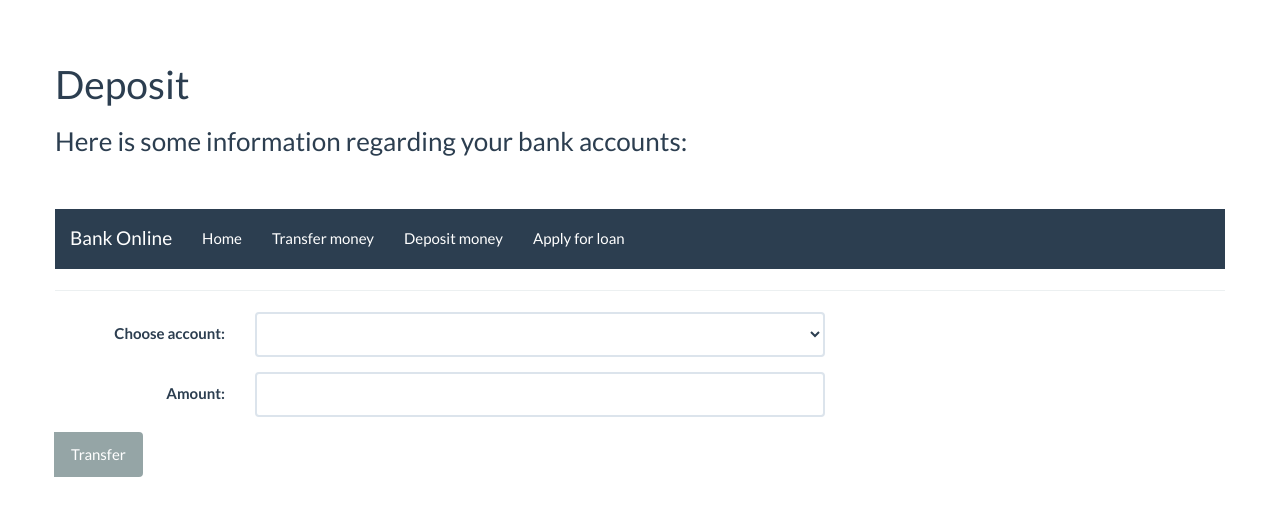
Repository: klitusas/SpringMVCBanking
Page: http://localhost/loans
An editor plug-in stored every save of this project. The page is shown before and after the next save, followed by the edit.
The browser window is 1280 px wide. The pictures show the whole page.
The page is this project's Thymeleaf template; nobody is signed in. The template is opened directly, without the code that normally fills it, so the values that code supplies are empty.

Above is the page before, as saved 2017-03-01 19:31:39.

After the next save:
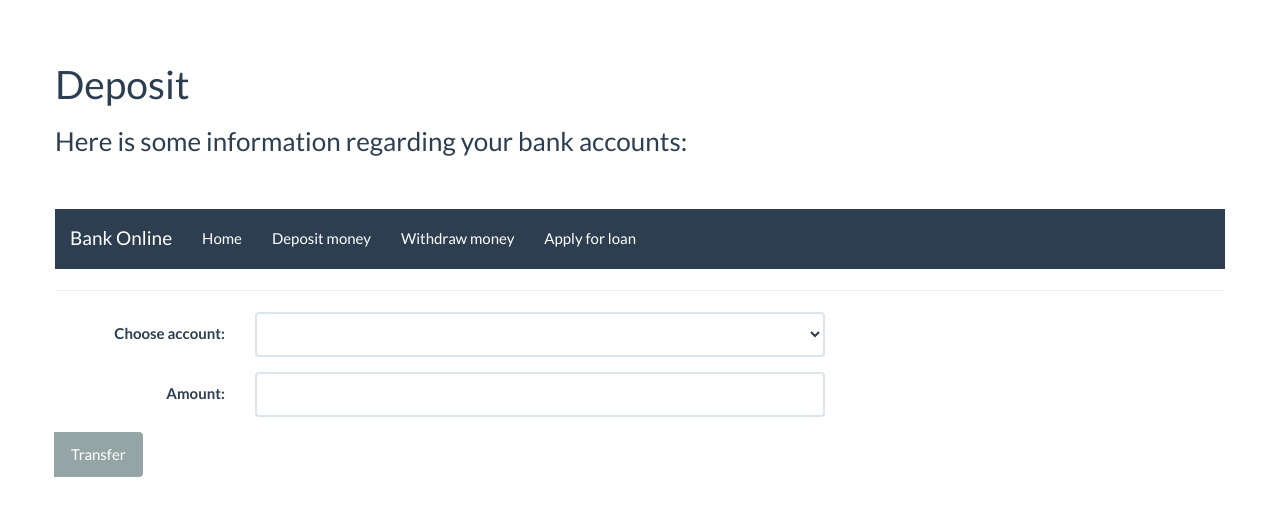
Saved 5 s later.
--- a/banking/src/main/resources/templates/loans.html
+++ b/banking/src/main/resources/templates/loans.html
@@ -22,8 +22,8 @@
 					    </div>
 					    <ul class="nav navbar-nav">
 					      <li><a th:href="@{/accounts}">Home</a></li>
-					      <li><a th:href="@{/transfer}">Transfer money</a></li>
-					      <li><a th:href="@{/deposit}">Deposit money</a></li>
+					      <li><a  th:href="@{/deposit}">Deposit money</a></li>
+					      <li><a href="#">Withdraw money</a></li>
 					      <li><a href="#">Apply for loan</a></li>
 					    </ul>
  				 </div>
